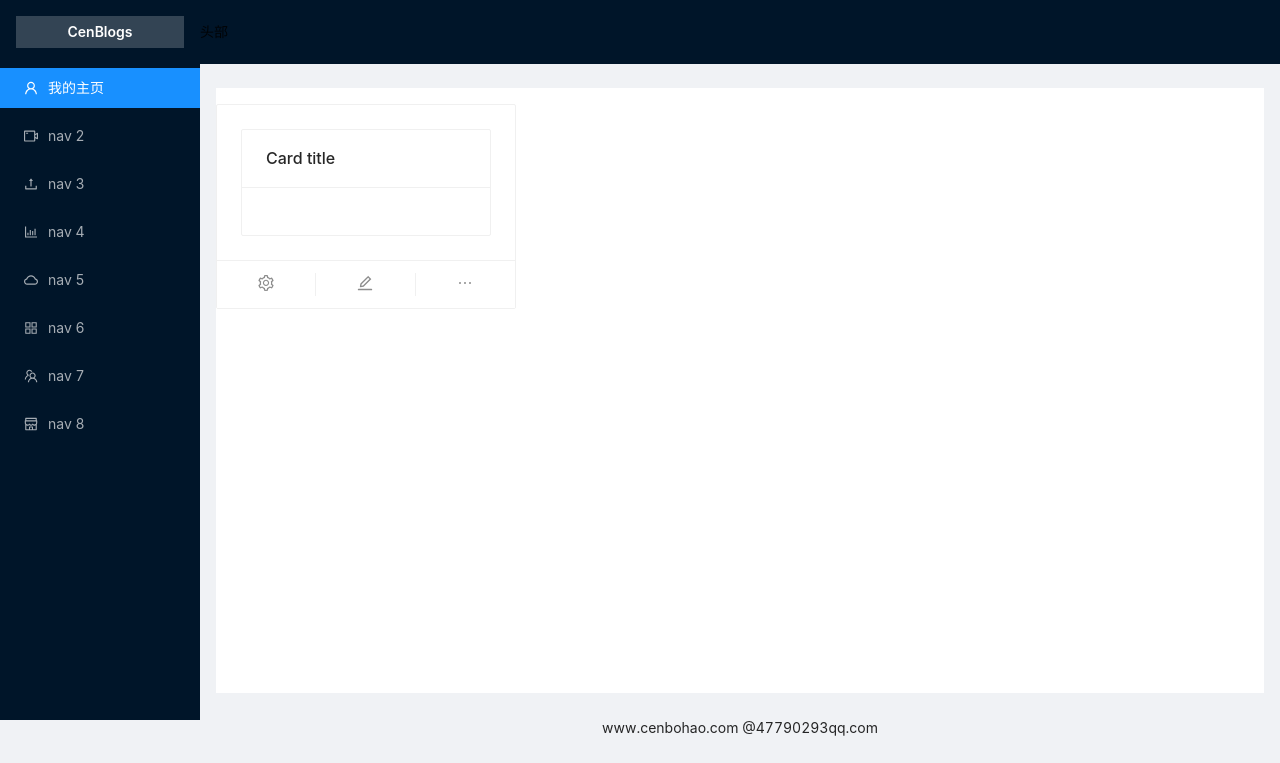
Repository: CBH20010703/bolgsweb
Page: / (app in blogs/)
An editor plug-in stored every save of this project. The page is shown before and after the next save, followed by the edit.
The browser window is 1280 px wide. The pictures show the whole page.
The project was rebuilt for these pictures with package versions that can differ from the ones it lists, and the page was loaded fresh each time. Also part of the build but not shown: blogs/src/component/Header/Headers.css, blogs/src/view/Home/Home.css, blogs/src/view/404/Error.jsx.

Above is the page before, as saved 2021-06-26 13:26:55.

### blogs/src/index.js
import React from 'react';
import ReactDOM from 'react-dom';
import './index.css';
import App from './App';



ReactDOM.render(<App />,document.getElementById('root'));

### blogs/src/App.js
import './App.css';
import { React, Component } from "react";
import Headers from './component/Header/Headers';
import MenuList from './component/Menu/MenuList';
import Footers from './component/Footer/Footers';
import RouterMap from './router/RouterMap';
import { Layout} from 'antd';

const {  Content, Sider } = Layout;
export default class  App extends Component {
  constructor(props) {
    super(props);
    this.state = {  collapsed: false, }
  }
   toggle = () => {
    this.setState({
      collapsed: !this.state.collapsed,
    });
  };
  render() {
    return (
      <Layout>
    <Sider
      style={{
        overflow: 'auto',
        height: '100vh',
        position: 'fixed',
        left: 0,
      }}
    >
       <MenuList/>
    </Sider>
    <Layout className="site-layout" style={{ marginLeft: 200 }}>
      <Headers></Headers>
          <Content style={{ margin: '24px 16px 0', overflow: 'initial', height: "84vh", background:"#fff" }}>
          <RouterMap />
      </Content>
      <Footers/>
    </Layout>
  </Layout>
    );
  }
}

### blogs/src/component/Header/Headers.jsx
import React, { Component } from 'react'
import { Layout } from 'antd';
import "./Headers.css"
const { Header } = Layout;
export default class Headers extends Component {
    render() {
        return (
            <div>
                <Header className="site-layout-background" style={{ padding: 0 }} > 头部</Header>
            </div>
        )
    }
}

### blogs/src/component/Menu/MenuList.jsx
import React, { Component } from 'react'
import { Menu } from 'antd';
import "./MenuList.css"
import {
  AppstoreOutlined,
  BarChartOutlined,
  CloudOutlined,
  ShopOutlined,
  TeamOutlined,
  UserOutlined,
  UploadOutlined,
  VideoCameraOutlined,
} from '@ant-design/icons';
export default class MenuList extends Component {
  render() {
    return (
      <div>
        <div className="logo" >
          CenBlogs
        </div>
        <Menu theme="dark" mode="inline" defaultSelectedKeys={['1']}>
          <Menu.Item key="1" icon={<UserOutlined />}>
            我的主页
          </Menu.Item>
          <Menu.Item key="2" icon={<VideoCameraOutlined />}>
            nav 2
          </Menu.Item>
          <Menu.Item key="3" icon={<UploadOutlined />}>
            nav 3
          </Menu.Item>
          <Menu.Item key="4" icon={<BarChartOutlined />}>
            nav 4
          </Menu.Item>
          <Menu.Item key="5" icon={<CloudOutlined />}>
            nav 5
          </Menu.Item>
          <Menu.Item key="6" icon={<AppstoreOutlined />}>
            nav 6
          </Menu.Item>
          <Menu.Item key="7" icon={<TeamOutlined />}>
            nav 7
          </Menu.Item>
          <Menu.Item key="8" icon={<ShopOutlined />}>
            nav 8
          </Menu.Item>
        </Menu>
      </div>
    )
  }
}

### blogs/src/component/Footer/Footers.jsx
import React, { Component } from 'react'
import { Layout } from 'antd';
const {  Footer } = Layout;
export default class Footers extends Component {
    render() {
        return (
            <div>
               <Footer style={{ textAlign: 'center' }}>www.cenbohao.com @47790293qq.com</Footer>
            </div>
        )
    }
}

### blogs/src/router/RouterMap.js
import React from 'react'
import { HashRouter, Route, Switch} from 'react-router-dom'
import Home from "../view/Home/Home.jsx";
import Error from "../view/404/Error.jsx";
export default class RouterMap  extends React.Component {
    render() {
        return (
            <HashRouter>
                <Switch>
                    <Route exact path="/" component={Home} />
                    <Route  path="*" component={Error} />
               </Switch>
            </HashRouter>
        )
    }
}

### blogs/src/component/Menu/MenuList.css
.logo {
    height: 32px;
    margin: 16px;
    background: rgba(255, 255, 255, 0.2);
    text-align: center;
    line-height: 32px;
    color: #fff;
    font-weight: 600;
}

### blogs/src/view/Home/Home.jsx
import React, { Component } from 'react'
import { Skeleton, Card, Avatar } from 'antd';
import { EditOutlined, EllipsisOutlined, SettingOutlined } from '@ant-design/icons';
import "./Home.css"
export default class Home extends Component {
    constructor(props) {
        super(props);
        this.state = {
            loading: false
        }

    }
    handleClick = e => {
        console.log('click ', e);
    };
    render() {
        let { loading } = this.state;
        return (
            <div >
                <Card
                    style={{ width: 300, marginTop: 16 }}
                    actions={[
                        <SettingOutlined key="setting" />,
                        <EditOutlined key="edit" />,
                        <EllipsisOutlined key="ellipsis" />,
                    ]}
                >
                    <Skeleton loading={loading} avatar active>
                        <Card
                            avatar={
                                <Avatar src="https://zos.alipayobjects.com/rmsportal/ODTLcjxAfvqbxHnVXCYX.png" />
                            }
                            title="Card title"
                            description="This is the description"
                        />
                    </Skeleton>
                </Card>
            </div>
        )
    }
}

Loaded but not shown: blogs/public/index.html (common file); blogs/src/index.css (common file); blogs/src/App.css (common file)

After the next save:
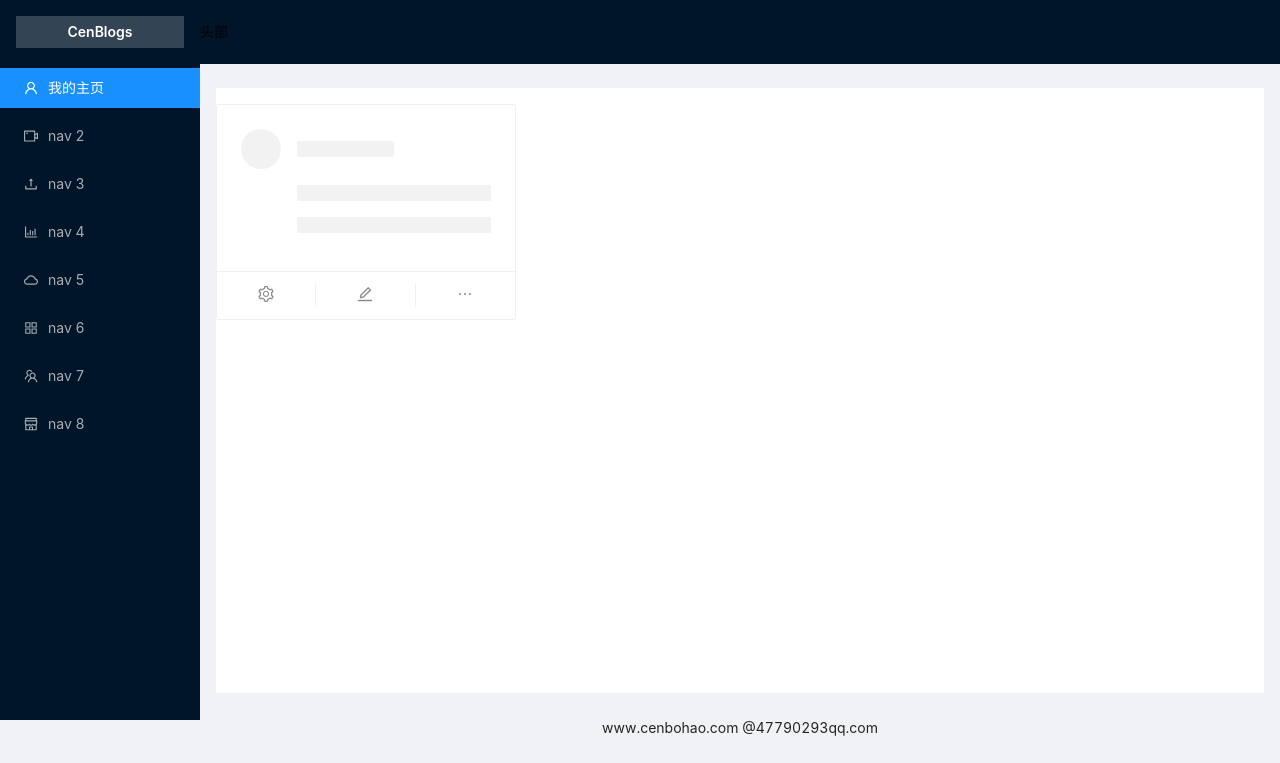
Saved 14 s later.
--- a/blogs/src/view/Home/Home.jsx
+++ b/blogs/src/view/Home/Home.jsx
@@ -6,7 +6,7 @@
     constructor(props) {
         super(props);
         this.state = {
-            loading: false
+            loading: true
         }
 
     }

After the save that followed:
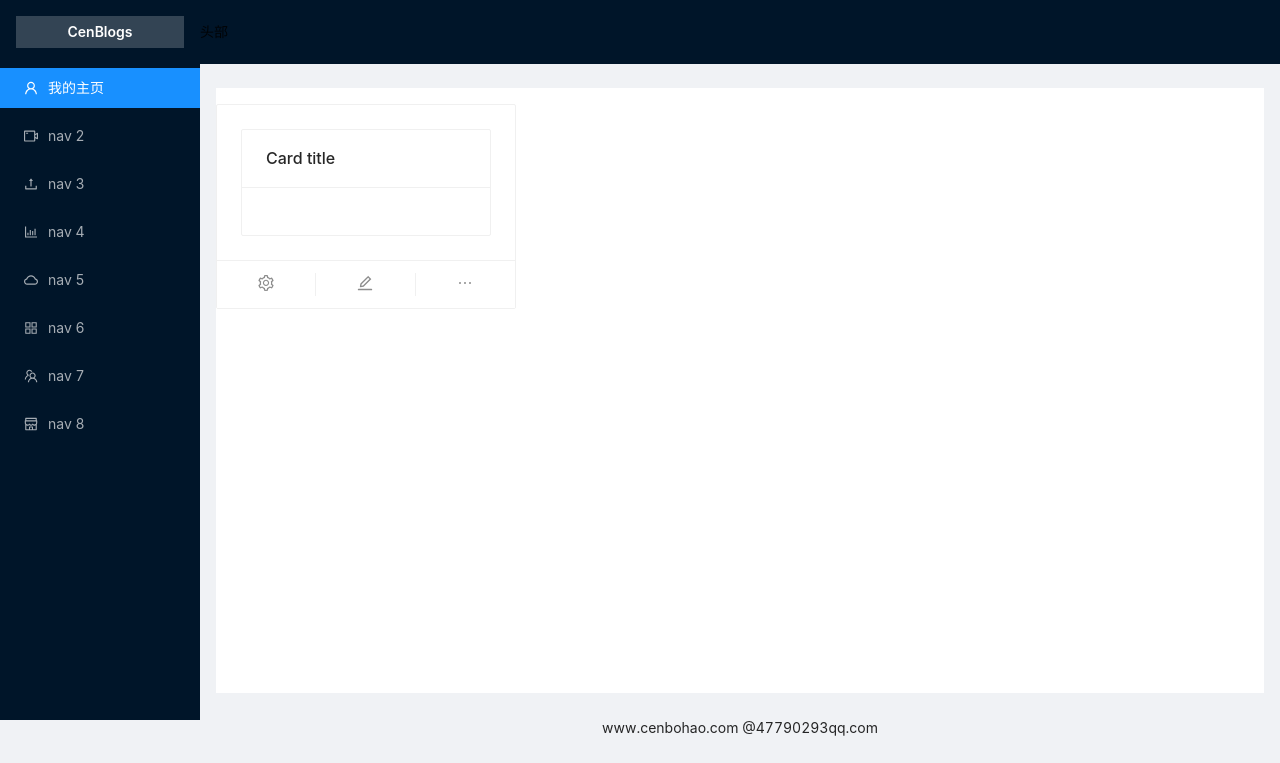
Saved 4 s later.
--- a/blogs/src/view/Home/Home.jsx
+++ b/blogs/src/view/Home/Home.jsx
@@ -6,7 +6,7 @@
     constructor(props) {
         super(props);
         this.state = {
-            loading: true
+            loading: false
         }
 
     }
